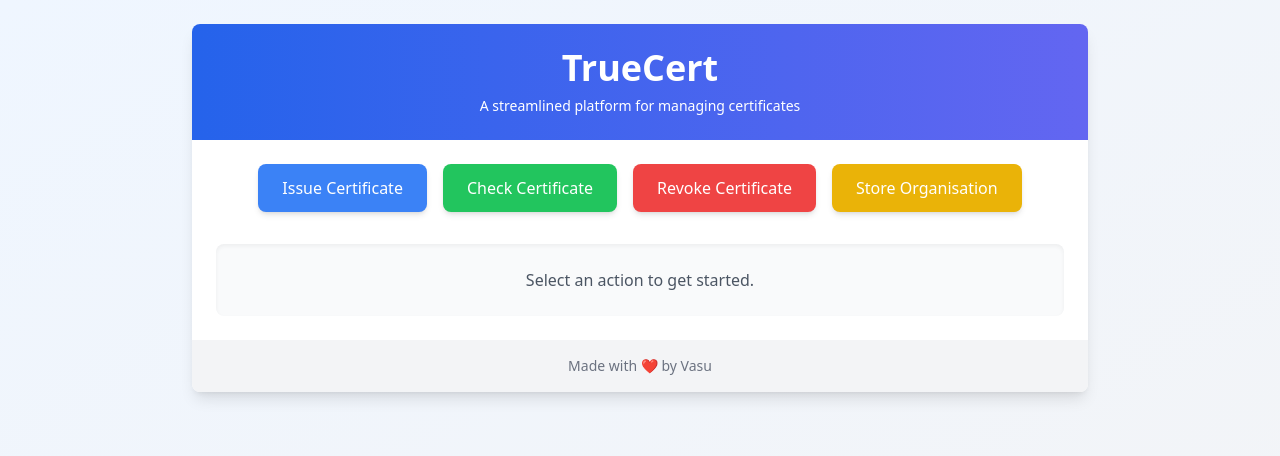
Repository: virtualvasu/TrueCert
Page: / (app in client/)
These files come from the project's save history. The page is drawn as it stood at one moment and after the next save; the edit follows.
The browser window is 1280 px wide. The pictures show the whole page.
The project was rebuilt for these pictures with package versions that can differ from the ones it lists, and the page was loaded fresh each time. Also part of the build but not shown: client/vite.config.js, client/src/components/organisation/IssueCertificate.jsx, client/src/components/organisation/CheckCertificate.jsx, client/src/components/organisation/RevokeCertificate.jsx, client/src/components/organisation/StoreOrganisation.jsx.

Above is the page before, as saved 2025-01-08 00:11:03.

After the next save:
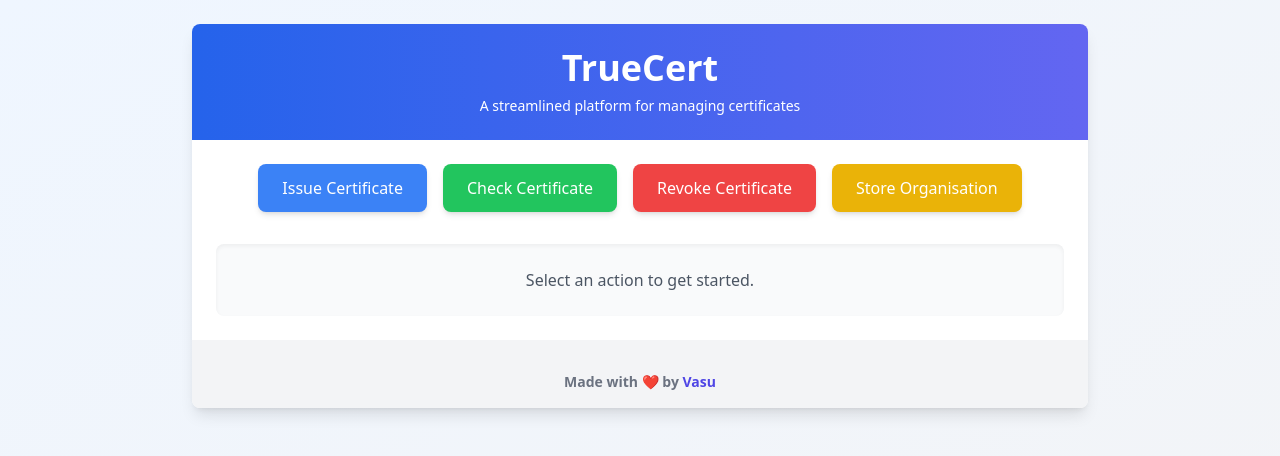
Saved 59 s later.
--- a/client/src/App.jsx
+++ b/client/src/App.jsx
@@ -21,8 +21,8 @@ function App() {
             <button
               onClick={() => setActiveComponent('IssueCertificate')}
               className={`px-6 py-3 font-medium text-white rounded-lg shadow-md transition ${activeComponent === 'IssueCertificate'
-                  ? 'bg-blue-700'
-                  : 'bg-blue-500 hover:bg-blue-600'
+                ? 'bg-blue-700'
+                : 'bg-blue-500 hover:bg-blue-600'
                 }`}
             >
               Issue Certificate
@@ -30,8 +30,8 @@ function App() {
             <button
               onClick={() => setActiveComponent('CheckCertificate')}
               className={`px-6 py-3 font-medium text-white rounded-lg shadow-md transition ${activeComponent === 'CheckCertificate'
-                  ? 'bg-green-700'
-                  : 'bg-green-500 hover:bg-green-600'
+                ? 'bg-green-700'
+                : 'bg-green-500 hover:bg-green-600'
                 }`}
             >
               Check Certificate
@@ -39,8 +39,8 @@ function App() {
             <button
               onClick={() => setActiveComponent('RevokeCertificate')}
               className={`px-6 py-3 font-medium text-white rounded-lg shadow-md transition ${activeComponent === 'RevokeCertificate'
-                  ? 'bg-red-700'
-                  : 'bg-red-500 hover:bg-red-600'
+                ? 'bg-red-700'
+                : 'bg-red-500 hover:bg-red-600'
                 }`}
             >
               Revoke Certificate
@@ -48,8 +48,8 @@ function App() {
             <button
               onClick={() => setActiveComponent('StoreOrganisation')}
               className={`px-6 py-3 font-medium text-white rounded-lg shadow-md transition ${activeComponent === 'StoreOrganisation'
-                  ? 'bg-yellow-700'
-                  : 'bg-yellow-500 hover:bg-yellow-600'
+                ? 'bg-yellow-700'
+                : 'bg-yellow-500 hover:bg-yellow-600'
                 }`}
             >
               Store Organisation
@@ -96,9 +96,10 @@ function App() {
           </div>
         </main>
         <footer className="bg-gray-100 p-4 text-center">
-          <p className="text-gray-500 text-sm">
-            Made with ❤️ by{' Vasu'}
+          <p className="text-gray-500 text-sm text-center mt-4 font-semibold hover:text-gray-700 transition-colors">
+            Made with ❤️ by <span className="font-bold text-indigo-600">{'Vasu'}</span>
           </p>
+
         </footer>
       </div>
     </div>
